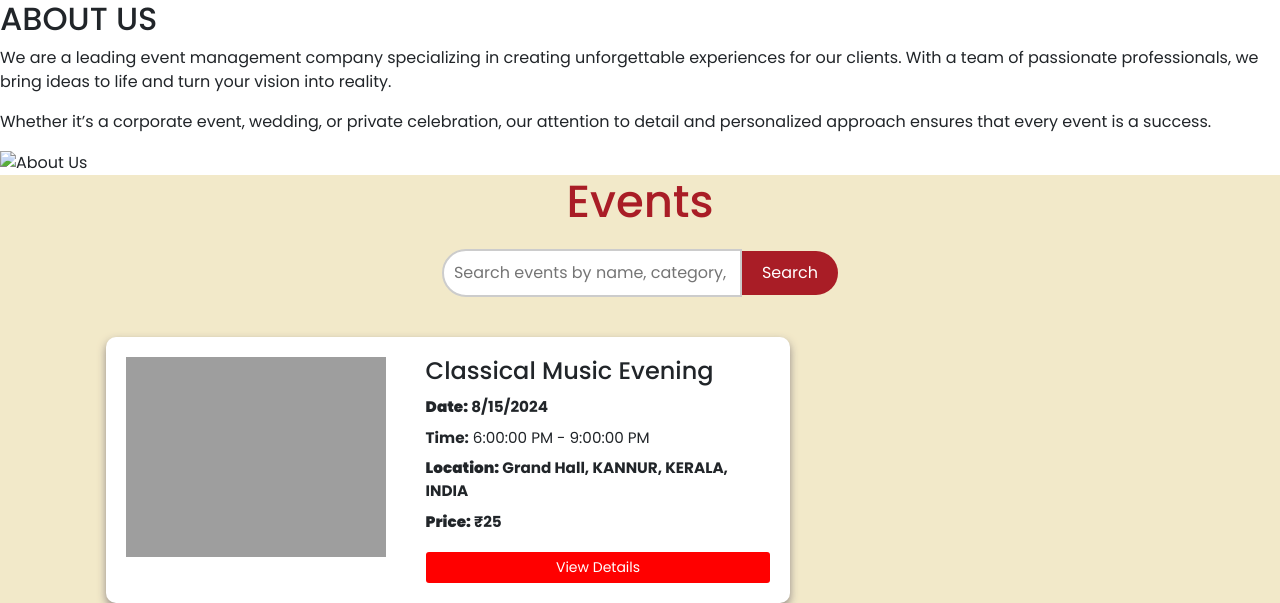
Repository: SharonSebastian32/Event-Management-System-
Page: index.html
The author's editor kept a copy of each file at every save. The page is drawn from the files as they stood at one save, then again after the next save.
The browser window is 1280 px wide. The pictures show the part of the page from y = 820 to 1423 px (the page is 4623 px tall before and 4841 px after).
Pictures or frames that could not be fetched are drawn as grey boxes. A picture or video elsewhere on the page could not be fetched, so the positions and the page height are approximate.

Above is the page before, as saved 2024-09-06 12:11:10.
Not found: assets/css/ContactUs.css
Not found: images/about-us.jpg

### index.html
<!DOCTYPE html>
<html lang="en">
  <head>
    <meta charset="UTF-8" />
    <meta name="viewport" content="width=device-width, initial-scale=1.0" />
    <link rel="icon" type="image/x-icon" href="./Assets/images/aa.png" />
    <title>Star Events</title>
    <link
      rel="stylesheet"
      href="https://cdnjs.cloudflare.com/ajax/libs/font-awesome/5.15.4/css/all.min.css"
    />
    <link rel="stylesheet" href="./Css/Styles.css" />

    <!-- conatct us  -->
    <link rel="stylesheet" href="/assets/css/ContactUs.css" />
    <link
      href="https://cdn.jsdelivr.net/npm/bootstrap@5.3.0/dist/css/bootstrap.min.css"
      rel="stylesheet"
    />
  </head>
  <body>
    <!-- hero section start -->
    <nav>
      <div class="nav-container">
        <div class="logo">
          <a href="#home">
            <img src="./Assets/images/aa.png" alt="Event Management Logo" />
          </a>
        </div>
        <ul class="nav-links">
          <li><a href="#home">HOME</a></li>
          <li><a href="#about">ABOUT US</a></li>
          <li><a href="#events-sect">EVENTS</a></li>
          <li><a href="#services">SERVICES</a></li>
          <li><a href="#partners us">PARTNERS US</a></li>
          <li><a href="#gallery">GALLERY</a></li>
          <li><a href="#contact-us">CONTACT US</a></li>
        </ul>
        <div class="sign-in">
          <a href="#login">SIGN IN</a>
        </div>
      </div>
    </nav>

    <!-- Section for Event Management Video -->
    <section class="video-section">
      <video autoplay muted loop>
        <source src="./Assets/videos/aa.mp4" type="video/mp4" />
        Your browser does not support the video tag.
      </video>
    </section>

    <!-- hero section end -->

    <!-- about us section  start-->
    <section id="about" class="about-us-section">
      <div class="about-container">
        <div class="about-text">
          <h2>ABOUT US</h2>
          <p>
            We are a leading event management company specializing in creating
            unforgettable experiences for our clients. With a team of passionate
            professionals, we bring ideas to life and turn your vision into
            reality.
          </p>
          <p>
            Whether it’s a corporate event, wedding, or private celebration, our
            attention to detail and personalized approach ensures that every
            event is a success.
          </p>
        </div>
        <div class="about-image">
          <img src="images/about-us.jpg" alt="About Us" />
        </div>
      </div>
    </section>
    <!-- about us section  ends-->

    <!-- events section start -->

    <section id="events-sect" style="background-color: #f2e9c9">
      <center>
        <h1 style="font-size: 45px; color: #a91d26" data-aos="zoom-in">
          Events
        </h1>
        <form class="search-form" data-aos="flip-down">
          <input
            type="text"
            name="search"
            id="search"
            placeholder="Search events by name, category, price"
            data-aos="flip-down"
          />
          <button type="submit">Search</button>
        </form>
      </center>
      <div class="event-container" id="event-container">
        <!-- Event cards will be injected here by JavaScript -->
      </div>
      <div id="event-modal" class="modal" data-aos="fade-in">
        <div class="modal-content">
          <span class="close">&times;</span>
          <h2>Event Details</h2>
          <p id="event-description">Details will be displayed here.</p>
          <br />
          <a
            href="https://sharonsebastian32.github.io/razorpaypaymentgateway_implementation/"
            target="_blank"
          >
            <button class="view-details-btn">Register Now</button>
          </a>
        </div>
      </div>
    </section>

    <!-- events section end -->

    <!-- conatct us section -->
    <div class="container-fluid contact_us" id="contact-us">
      <h2>CONTACT-US</h2>
      <h6>Our team of customer care is ready to hear from you.</h6>

      <div class="row main_section">
        <div class="col-md-6 section1">
          <h3>Customer Care</h3>
          <p>
            Not sure where to start? Need help adding that extra mojo to your
            landing page? Just visit our
            <span>hepl center</span> or get in touch with us:
          </p>
          <div class="customer_care">
            <div class="customer_care_profile">
              <div class="profile_img">
                <img src="./Assets/images/men.jpg" alt="customer_care" />
              </div>
              <div class="profile_details">
                <h5>John</h5>
                <h6>Customer Care Lead</h6>
                <p>+91 7484930837</p>
              </div>
            </div>
            <div class="customer_care_profile">
              <div class="profile_img">
                <img src="./Assets/images/women.jpg" alt="customer_care" />
              </div>
              <div class="profile_details">
                <h5>Elizabeth</h5>
                <h6>Customer Care</h6>
                <p>+91 748493083758</p>
              </div>
            </div>
          </div>
        </div>
        <div class="col-md-6 section2">
          <h3>Reach out of us!</h3>
          <p>
            Got a question about us? Are you intereseted in partnering with us?
            Have some suggestions or just want to say Hi? Contact Us:
          </p>
          <form action="">
            <input
              class="form-control"
              type="text"
              name="first_name"
              placeholder="First Name"
              required
            />
            <input
              class="form-control"
              type="text"
              name="last_name"
              placeholder="Last Name"
              required
            />
            <input
              class="form-control"
              type="email"
              name="email"
              placeholder="E-mail"
              required
            />
            <input
              class="form-control"
              type="tel"
              name="phone"
              placeholder="Phone Number"
              required
            />
            <textarea
              class="form-control"
              name="message"
              id=""
              rows="4"
              placeholder="Message"
            ></textarea>
            <button class="btn">SUBMIT</button>
          </form>
        </div>
      </div>
    </div>
    <!-- contact us section -->

    <script src="./Js/Scripts.js"></script>
    <script src="https://cdn.jsdelivr.net/npm/bootstrap@5.3.0/dist/js/bootstrap.bundle.min.js"></script>
  </body>
</html>

### Css/Styles.css
 @import url('https://fonts.googleapis.com/css2?family=Poppins:ital,wght@0,100;0,200;0,300;0,400;0,500;0,600;0,700;0,800;0,900;1,100;1,200;1,300;1,400;1,500;1,600;1,700;1,800;1,900&display=swap');

:root {
    --main-color: #d3ad7f;
    --black: #13131a;
    --bg: #010103;
    --border: .1rem solid rgba(255, 255, 255, .3);
}


body {
    margin: 0;
font-family: "Poppins"; }

nav {
    background-color: #f2e9c9;
    padding: 10px 20px;
}

.nav-container {
    display: flex;
    justify-content: space-between;
    align-items: center;
}

.logo img {
    height: 80px;
}

.nav-links {
    list-style-type: none;
    display: flex;
    margin: 0;
    padding: 0;
}

.nav-links li {
    margin: 0 20px;
}

.nav-links li a {
    color: #a91d26;
    text-decoration: none;
    font-weight: bold;
}

.nav-links li a:hover {
    color: #FFD700;
    /* Golden color */
}

.sign-in a {
    background-color: #FFD700;
    color: maroon;
    padding: 10px 20px;
    border-radius: 5px;
    text-decoration: none;
    font-weight: bold;
}

.sign-in a:hover {
    background-color: #FFA500;
    /* Darker golden shade */
    color: #233244;
}

/* Styling for Video Section */
.video-section {
    width: 100%;
    height: 100vh;
    /* Full viewport height */
    overflow: hidden;
    position: relative;
}

.video-section video {
    position: absolute;
    top: 0;
    left: 0;
    width: 100%;
    height: 100%;
    object-fit: cover;
    /* Ensures the video covers the entire container */
}





/* event css start */


 * {
     margin: 0;
     padding: 0;
     box-sizing: border-box;
     font-family: "Poppins";
 }


 body {
      background-color: rgb(255, 255, 220);
 }

 .event-container {
     display: flex;
     flex-direction: column;
     align-items: center;
     padding: 20px;
     width: 70%;

 }

 .event-card {
     display: flex;
     background-color: #ffffff;
     box-shadow: 0 4px 8px hwb(0 51% 46% / 0.926);
     border-radius: 10px;
     overflow: hidden;
     margin-bottom: 20px;
     width: 80%;
     max-width: 800px;
 }

 .event-card img {
     margin: 20px;
     width: 260px;
     height: 200px;
     object-fit: cover;
 }

 .event-details {
     padding: 20px;
     display: flex;
     flex-direction: column;
     justify-content: space-between;
 }

 .event-details h2 {
     font-size: 1.5em;
     margin-bottom: 10px;
 }

 .event-details p {
     margin-bottom: 8px;
     font-size: 0.95em;
 }

 .event-details a {
     color: #007BFF;
     text-decoration: none;
 }

 .event-details a:hover {
     text-decoration: underline;
 }

 .price,
 .date,
 .location {
     font-weight: bold;
 }

 .social-links a {
     margin-right: 10px;
     color: #555;
 }

 .social-links a:hover {
     color: #007BFF;
 }


 .search-form {
     display: flex;
     justify-content: center;
     align-items: center;
     margin: 20px 0;
 }

 .search-form input[type="text"] {
     padding: 10px;
     font-size: 16px;
     border: 2px solid #ccc;
     border-radius: 30px 0 0 30px;
     outline: none;
     width: 300px;
     transition: all 0.3s ease;
 }

 .search-form input[type="text"]:focus {
     border-color: #a91d26;
 }

 .search-form button {
     padding: 10px 20px;
     background-color: #a91d26;
     color: white;
     border: none;
     border-radius: 0 30px 30px 0;
     cursor: pointer;
     font-size: 16px;
     transition: background-color 0.3s ease;
 }

 .search-form button:hover {
     background-color: #480606;
 }

 .search-form button:focus {
     outline: none;
 }

 .view-details-btn {
     background-color: red;
     /* Red background */
     color: white;
     /* White text */
     padding: 5px 10px;
     /* Smaller padding */
     border: none;
     /* No border */
     cursor: pointer;
     /* Pointer on hover */
     font-size: 14px;
     /* Smaller font size */
     border-radius: 3px;
     /* Slightly rounded corners */
     margin-top: 10px;
     /* Margin at the top */
     transition: background-color 0.3s ease;
     /* Smooth hover transition */
 }

 .view-details-btn:hover {
     background-color: darkred;
     /* Darker red on hover */
 }



 /* The Modal (background) */
 .modal {
     display: none;
     /* Hidden by default */
     position: fixed;
     /* Stay in place */
     z-index: 1;
     /* Sit on top */
     left: 0;
     top: 0;
     width: 100%;
     /* Full width */
     height: 100%;
     /* Full height */
     background-color: rgba(0, 0, 0, 0.5);
     /* Black background with opacity */
 }

 /* Modal Content */
 .modal-content {
     background-color: white;
     margin: 10% auto;
     padding: 20px;
     border: 1px solid #888;
     width: 1000px;
     height: 400px;
     position: relative;
     box-shadow: 0 4px 8px rgba(0, 0, 0, 0.2);
 }

 /* Close Button */
 .close {
     color: #aaa;
     float: right;
     font-size: 28px;
     font-weight: bold;
     cursor: pointer;
 }

 .close:hover,
 .close:focus {
     color: black;
     text-decoration: none;
     cursor: pointer;
 }

/* event css end */



/* contact css start */
@import url('https://fonts.googleapis.com/css2?family=SUSE:wght@100..800&display=swap');

:root {
    --primary-color: #f2e9c9;
    --secondary-color: #233244;
    --ternay-color: #a91d26;
    --primary-font: "SUSE", sans-serif;
}

body {
    margin: 0;
    padding: 0;
    box-sizing: border-box;
    font-family: var(--primary-font);
}

.contact_us {
    background-color: var(--primary-color);
    min-height: 100vh;
    padding: 40px !important;
}

.contact_us>h2 {
    text-align: center;
    color: var(--ternay-color);
    font-weight: 700;
    letter-spacing: 3px;

}

.contact_us>h6 {
    text-align: center;
    color: var(--secondary-color);

}

.contact_us>.main_section {
    margin: 30px 0px;
    padding: 30px 0px;
}

.main_section>.section1 {
    padding: 10px 20px;
}

.main_section>.section1>h3 {
    color: var(--ternay-color);
    font-weight: 700;
}

.main_section>.section1>p {
    color: var(--secondary-color);
    font-weight: 400;
    font-size: 14px;
    max-width: 90%;
    margin-bottom: 30px;
}

.customer_care>.customer_care_profile {
    display: flex;
    padding: 20px;
    border-radius: 10px;
    margin: 15px 0px;
    max-width: 90%;
    box-shadow: 0px 4px 8px rgba(0, 0, 0, 0.2);
    cursor: pointer;
}

.customer_care>.customer_care_profile>.profile_img {
    margin-right: 30px;
    border-radius: 50%;
    width: 100px;
    height: 100px;
    overflow: hidden;

}

.customer_care>.customer_care_profile>.profile_img>img {
    object-fit: cover;
    width: 100%;
    height: 100%;
    filter: grayscale();
}

.customer_care>.customer_care_profile>.profile_details {
    margin: 10px 0px;
}

.customer_care>.customer_care_profile>.profile_details>h5 {
    color: var(--ternay-color);
    font-size: 20px;
    font-weight: 500;
    margin-bottom: 4px;
}

.customer_care>.customer_care_profile>.profile_details>h6 {
    margin-bottom: 6px;
    font-size: 16px;
}

.customer_care>.customer_care_profile>.profile_details>p {
    font-size: 12px;
    font-weight: 500;
    text-decoration: underline;

}

.main_section>.section2 {
    padding: 10px 20px;
}

.main_section>.section2>h3 {
    color: var(--ternay-color);
    font-weight: 700;
}

.main_section>.section2>p {
    color: var(--secondary-color);
    font-weight: 400;
    font-size: 14px;
    max-width: 90%;
    margin-bottom: 30px;
}

.main_section>.section2>form {
    display: flex;
    flex-direction: column;
    max-width: 80%;
    box-shadow: 0px 4px 8px rgba(0, 0, 0, 0.2);
    padding: 40px;
    border-radius: 10px;
}

.main_section>.section2>form>input {
    margin: 5px 0px;

}

.main_section>.section2>form>textarea {
    margin: 5px 0px;

}

.main_section>.section2>form>button {
    background-color: var(--ternay-color);
    color: var(--primary-color);
    margin-top: 10px;
    border: 2px solid var(--ternay-color);
    font-weight: bold;
    padding: 7px;
    transition: 0.4s ease-in-out;

}

.main_section>.section2>form>button:hover {
    background-color: var(--primary-color);
    color: var(--ternay-color);
}
 /* contact css end */

### Js/Scripts.js
document.addEventListener("DOMContentLoaded", () => {
  fetch("../json/events.json")
    .then((response) => response.json())
    .then((data) => renderEvents(data))
    .catch((error) => console.error("Error loading events:", error));

  const modal = document.getElementById("event-modal");
  const closeBtn = document.querySelector(".close");

  closeBtn.onclick = function () {
    modal.style.display = "none";
  };

  window.onclick = function (event) {
    if (event.target === modal) {
      modal.style.display = "none";
    }
  };
});

function renderEvents(events) {
  const eventContainer = document.getElementById("event-container");
  events.forEach((event) => {
    const eventCard = document.createElement("div");
    eventCard.classList.add("event-card");

    eventCard.innerHTML = `
      <img src="${event.thumbnail}" alt="${event.eventName}">
      <div class="event-details">
        <h2>${event.eventName}</h2>
        <p class="date"><strong>Date:</strong> ${new Date(
          event.date
        ).toLocaleDateString()}</p>
        <p class="time"><strong>Time:</strong> ${new Date(
          event.startTime
        ).toLocaleTimeString()} - ${new Date(
      event.endTime
    ).toLocaleTimeString()}</p>
        <p class="location"><strong>Location:</strong> ${
          event.location.venueName
        }, ${event.location.city}, ${event.location.state}, ${
      event.location.country
    }</p>
        <p class="price"><strong>Price:</strong> ₹${event.price.basePrice}</p>
        <button class="view-details-btn">View Details</button>
      </div>
    `;

    eventContainer.appendChild(eventCard);

    const viewDetailsBtn = eventCard.querySelector(".view-details-btn");
    viewDetailsBtn.addEventListener("click", () => {
      document.getElementById(
        "event-description"
      ).textContent = `More details about ${event.eventName}...`;
      document.getElementById("event-modal").style.display = "block";
    });
  });
}

Loaded but not shown: json/events.json (837 lines, source omitted)

After the next save:
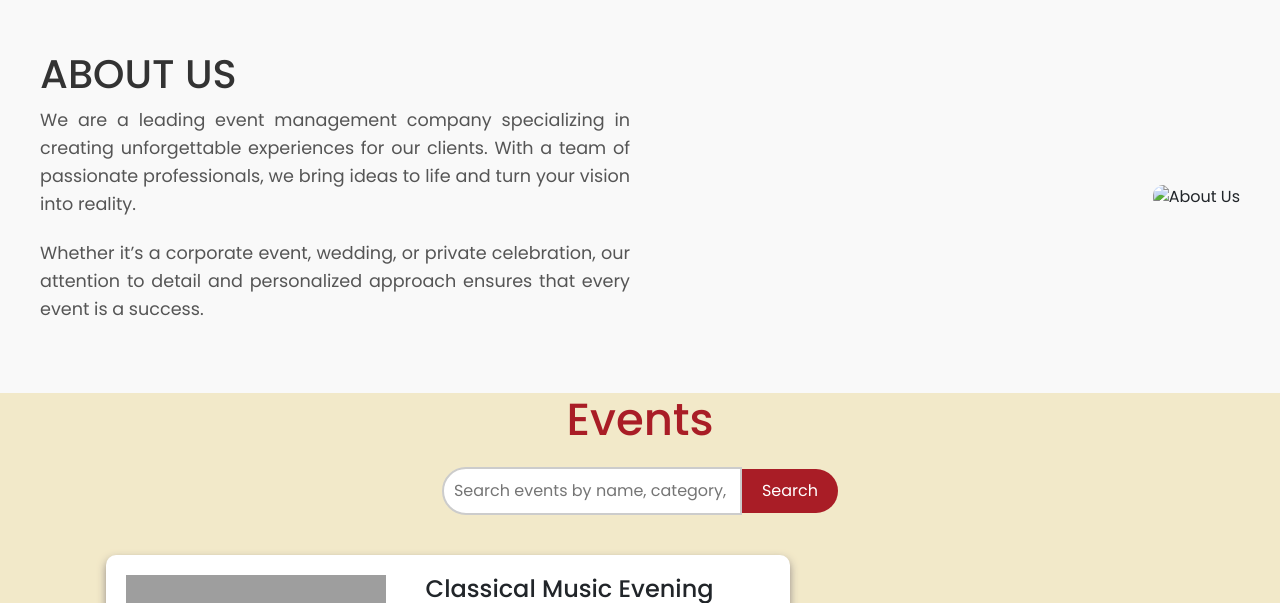
Saved 89 s later.
--- a/Css/Styles.css
+++ b/Css/Styles.css
@@ -449,3 +449,57 @@
     color: var(--ternay-color);
 }
  /* contact css end */
+
+
+
+
+   /* About Us Section Styling */
+   .about-us-section {
+       display: flex;
+       align-items: center;
+       justify-content: center;
+       padding: 50px 20px;
+       background-color: #f9f9f9;
+   }
+
+   .about-container {
+       display: flex;
+       flex-direction: row;
+       align-items: center;
+       justify-content: space-between;
+       max-width: 1200px;
+       width: 100%;
+   }
+
+   .about-text {
+       flex: 1;
+       margin-right: 20px;
+       max-width: 600px;
+       /* Limits the width of the text block */
+   }
+
+   .about-text h2 {
+       font-size: 2.5rem;
+       color: #333;
+   }
+
+   .about-text p {
+       font-size: 1.1rem;
+       color: #555;
+       line-height: 1.6;
+       text-align: justify;
+       /* Makes the paragraph text aligned in a block */
+       margin-bottom: 20px;
+       /* Consistent space between paragraphs */
+   }
+
+   .about-image {
+       flex: 1;
+       text-align: right;
+   }
+
+   .about-image img {
+       max-width: 100%;
+       height: auto;
+       border-radius: 10px;
+   }
